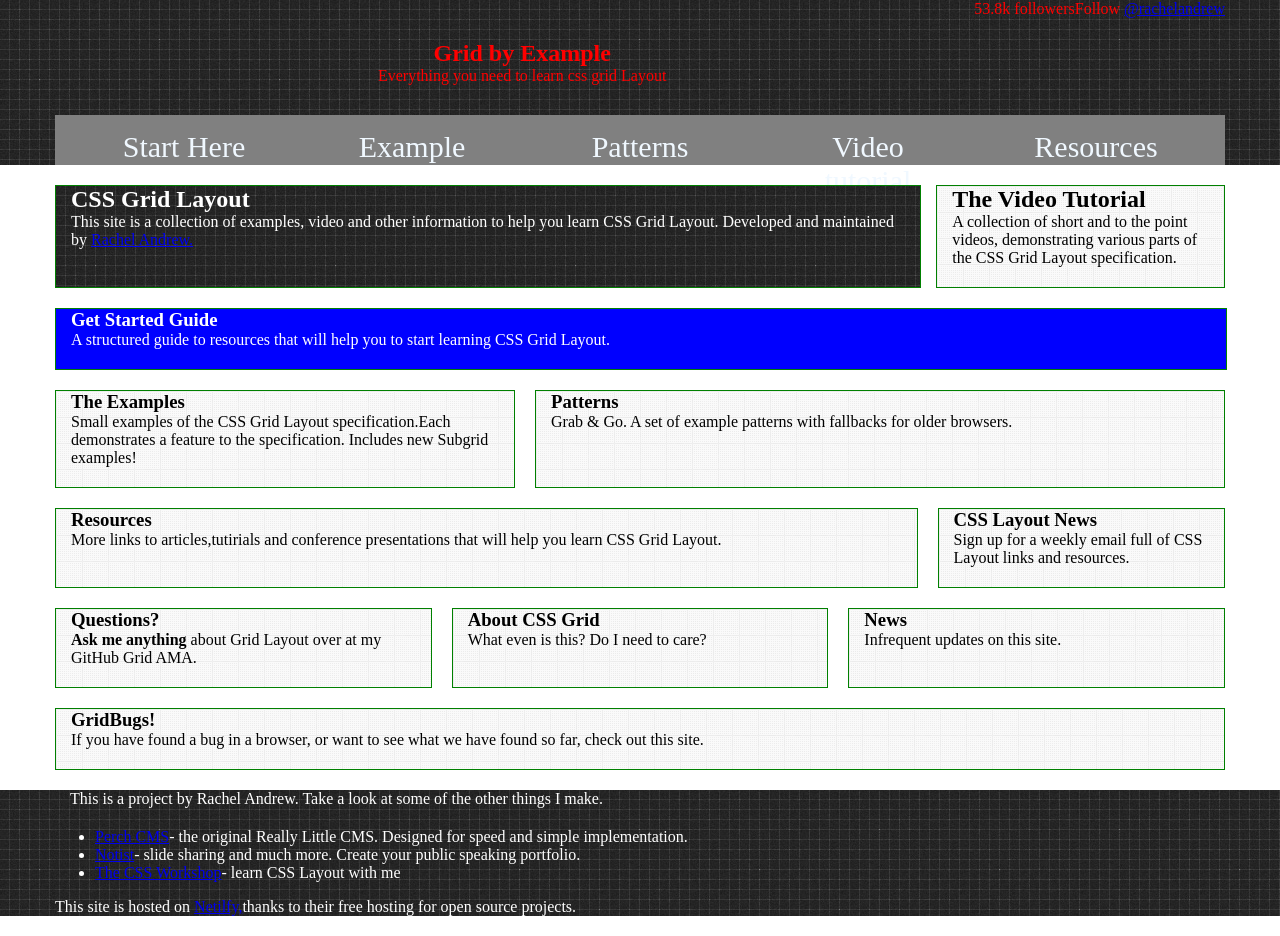
Repository: sitikhusushan/grid
Page: index.html
The author's editor kept a copy of each file at every save. The page is drawn from the files as they stood at one save, then again after the next save.
The browser window is 1280 px wide. The pictures show the whole page.

Above is the page before, as saved 2020-05-13 18:21:06.

### index.html
<!DOCTYPE html>
<html lang="en">
  <head>
    <meta charset="UTF-8" />
    <meta name="viewport" content="width=device-width, initial-scale=1.0" />
    <title>Grid View</title>
    <link rel="stylesheet" href="style.css" />
  </head>
  <body>
    <header>
    <div class="header">
      <div class="container">
        <div class="balance">
          <div class="social">
            <a href="#"><i class="fab fa-twitter"></i></a>
            <span> Follow <a href="#">@rachelandrew</a></span>
            <span>53.8k followers</span>
          </div>
          <div class="top">
        <h2>Grid by Example</h2>
        <p>Everything you need to learn css grid Layout</p>
        </div>
        </div>
        <ul>
          <li>Start Here</li>
          <li>Example</li>
          <li>Patterns</li>
          <li>Video tutorial</li>
          <li>Resources</li>
        </ul>
      </div>
    </div>
    </header>
    <div class="layout">
      <div class="container">
        <div class="layouts">
        <div class="left">
          <h2>CSS Grid Layout</h2>
          <p>
            This site is a collection of examples, video and other information
            to help you learn CSS Grid Layout. Developed and maintained by
            <a href="#">Rachel Andrew.</a>
          </p>
        </div>
        <div class="right">
          <h2>The Video Tutorial</h2>
          <p>
            A collection of short and to the point videos, demonstrating various
            parts of the CSS Grid Layout specification.
          </p>
        </div>
      </div>
    </div>
    </div>
    <div class="guide ">
      <div class="container">
        <div class="guides">
        <h3>Get Started Guide</h3>
        <p>
          A structured guide to resources that will help you to start learning
          CSS Grid Layout.
        </p>
      </div>
      </div>
    </div>
    <div class="new">
      <div class="container">
        <div class="news">
        <div class="left">
          <h3>The Examples</h3>
          <p>
            Small examples of the CSS Grid Layout specification.Each
            demonstrates a feature to the specification. Includes new Subgrid
            examples!
          </p>
        </div>
        <div class="right">
          <h3>Patterns</h3>
          <p>
            Grab & Go. A set of example patterns with fallbacks for older
            browsers.
          </p>
        </div>
      </div>
    </div>
    </div>
    <div class="resources">
      <div class="container">
        <div class="rs">
        <div class="left">
          <h3>Resources</h3>
          <p>
            More links to articles,tutirials and conference presentations that
            will help you learn CSS Grid Layout.
          </p>
        </div>
        <div class="right">
          <h3>CSS Layout News</h3>
          <p>
            Sign up for a weekly email full of CSS Layout links and resources.
          </p>
        </div>
      </div>
    </div>
    </div>
    <div class="question">
      <div class="container">
        <div class="qs">
        <div class="left">
          <h3>Questions?</h3>
          <p>
            <b>Ask me anything</b> about Grid Layout over at my GitHub Grid AMA.
          </p>
        </div>
        <div class="middle">
          <h3>About CSS Grid</h3>
          <p>What even is this? Do I need to care?</p>
        </div>
        <div class="right">
          <h3>News</h3>
          <p>Infrequent updates on this site.</p>
        </div>
      </div>
      </div>
    </div>
    <div class="bugs">
      <div class="container">
        <div class="bug">
        <h3>GridBugs!</h3>
        <p>
          If you have found a bug in a browser, or want to see what we have
          found so far, check out this site.
        </p>
      </div>
    </div>
    </div>
  <footer>
    <div class="foo">
      <div class="container">
      <p>This is a project by Rachel Andrew. Take a look at some of the other things I make.
        <ul>
          <li><a href="#">Perch CMS</a>- the original Really Little CMS. Designed for speed and simple implementation.</li>
          <li><a href="#">Notist</a>- slide sharing and much more. Create your public speaking portfolio.</li>
          <li><a href="#">The CSS Workshop</a>- learn CSS Layout with me</li>
        </ul>
        This site is hosted on <a href="#">Netilfy,</a>thanks to their free hosting for open source projects.
      </p>
      </div>
    </div>
  </footer>
  </body>
</html>

### style.css
body {
  padding: 0px;
  margin: 0px;
}

.container {
  width: 1170px;
  margin-left: auto;
  margin-right: auto;
  max-width: 100%;
  padding-left: 15px;
  padding-right: 15px;
}

/* .social {
  float: right;
  margin-bottom: 50px;
} */

img {
  width: 15px;
  height: 15px;
  margin: 0px;
  padding: 0px;
}

.social p {
  border-radius: 5px;
  border: salmon 1px solid;
  background-color: whitesmoke;
}

/* * {
  -webkit-box-sizing: border-box;
  -moz-box-sizing: border-box;
  box-sizing: border-box;
} */

.header {
  background-image: url("image/inflicted.png");
  color: aliceblue;
}

.balance {
  text-align: center;
  /* position: absolute;
  top: 50%;
  left: 50%;
  transform: translate(-50%, -50%); */
  color: red;
}

.balance h2 {
  padding-top: 40px;
}
/* .header ul {} */

/*
.header .container {
  margin: 0px;
  padding: 0px;
} */

.header ul {
  list-style: none;
  display: grid;
  grid-template-columns: repeat(5, 1fr);
  grid-gap: 50px;
  font-size: 30px;
  grid-auto-rows: 50px;
  margin-bottom: auto;
  text-align: center;
  background-color: grey;
  padding-right: 40px;
}
.header li {
  padding: 15px;
}

span {
  float: right;
  padding-bottom: 50px;
}

.header li:hover {
  background-color: black;
}

.layout .left {
  background-image: url("image/inflicted.png");
  color: #ffffff;
}

.right {
  background-image: url("image/tiny_grid.png");
}

.guides {
  width: 100%;
  background-color: blue;
  color: #ffffff;
  border: solid 1px green;
}

.left {
  background-image: url("image/tiny_grid.png");
}

.middle {
  background-image: url("image/tiny_grid.png");
}

.bug {
  background-image: url("image/tiny_grid.png");
  margin-bottom: 20px;
  border: solid 1px green;
}

footer {
  background-image: url("image/inflicted.png");
  color: #ffffff;
}

.layouts {
  display: grid;
  grid-template-columns: 3fr 1fr;
  grid-gap: 15px;
  margin-top: 20px;
  margin-bottom: 20px;
}

.layouts > div,
.news > div,
.rs > div,
.qs > div {
  border: solid 1px green;
}

.news {
  display: grid;
  grid-template-columns: 2fr 3fr;
  grid-gap: 20px;
  margin-top: 20px;
  margin-bottom: 20px;
}

.rs {
  display: grid;
  grid-template-columns: 3fr 1fr;
  grid-gap: 20px;
}

.qs {
  display: grid;
  grid-template-columns: 1fr 1fr 1fr;
  grid-gap: 20px;
  margin-top: 20px;
  margin-bottom: 20px;
}

h3,
p,
h2 {
  margin: 0px;
  padding-left: 15px;
  padding-right: 15px;
}

p {
  margin-bottom: 20px;
}

After the next save:
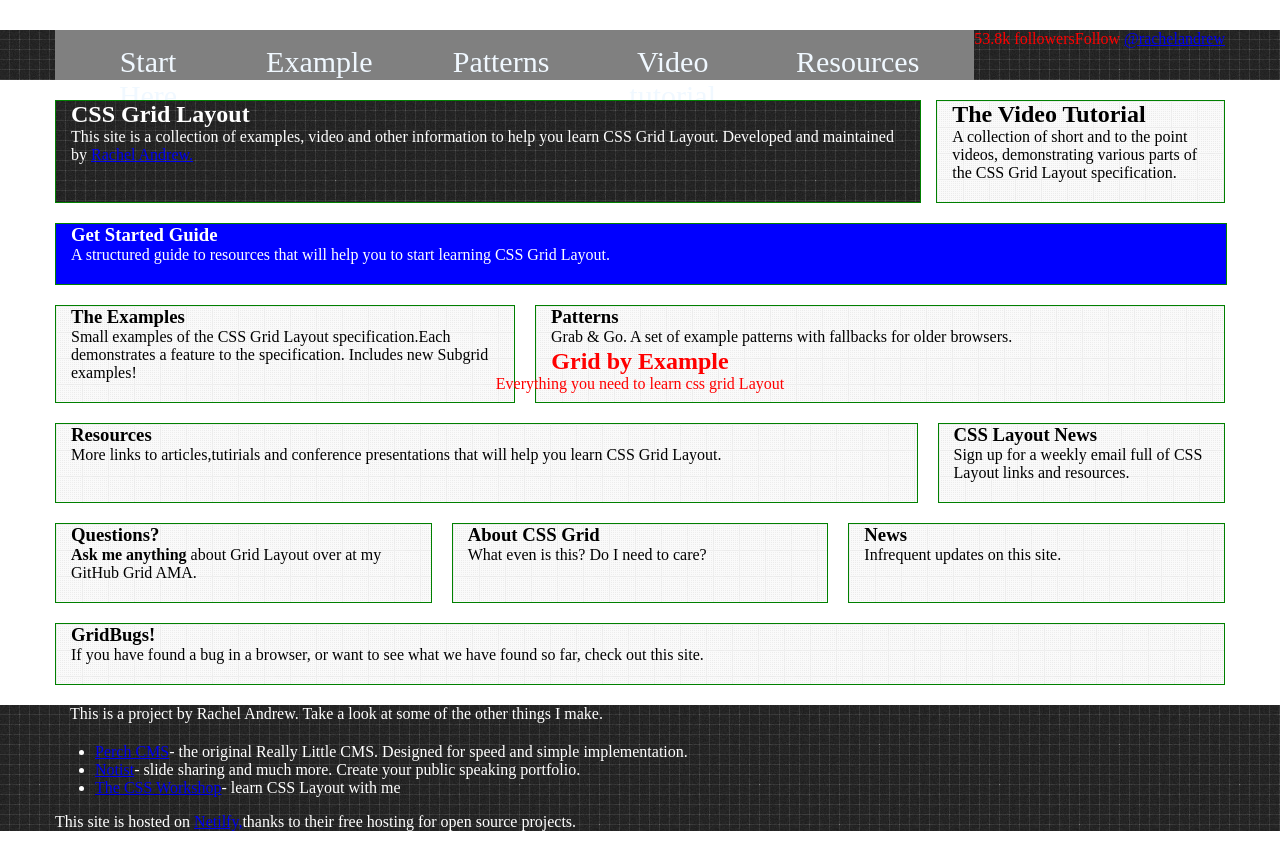
Saved 43 s later.
--- a/style.css
+++ b/style.css
@@ -43,13 +43,14 @@ img {
 
 .balance {
   text-align: center;
-  /* position: absolute;
+  color: red;
+}
+.top {
+  position: absolute;
   top: 50%;
   left: 50%;
-  transform: translate(-50%, -50%); */
-  color: red;
+  transform: translate(-50%, -50%);
 }
-
 .balance h2 {
   padding-top: 40px;
 }
